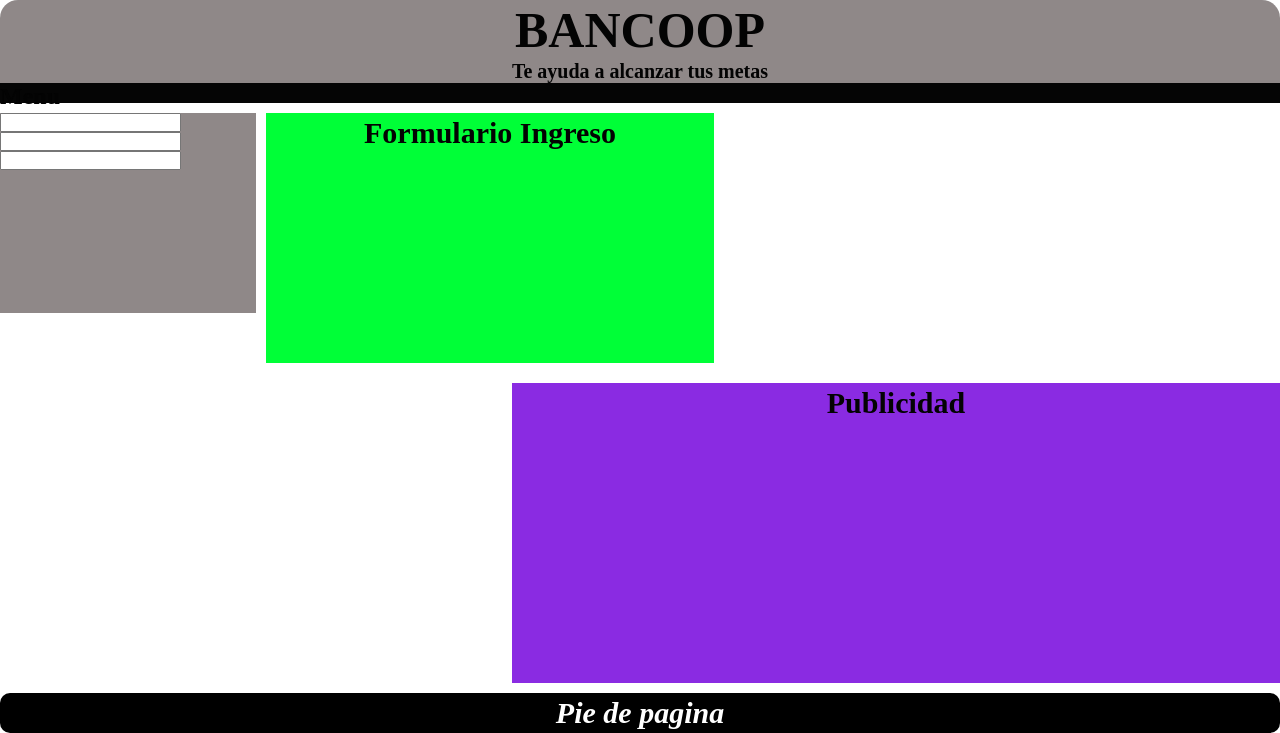
Repository: NickArregoces/BANCOOP
Page: Index.html
An editor plug-in stored every save of this project. The page is shown before and after the next save, followed by the edit.
The browser window is 1280 px wide. The pictures show the whole page.

Above is the page before, as saved 2021-09-29 15:53:38.

### Index.html
<!DOCTYPE html>
<html lang="en">
<head>
    <meta charset="UTF-8">
    <meta http-equiv="X-UA-Compatible" content="IE=edge">
    <meta name="viewport" content="width=device-width, initial-scale=1.0">
    <title>BANCOOP Home</title>
    <link rel="stylesheet" href="/CSS/Style.css">
</head>
<body>
    <div id="contenido">
        <header>
            <h1>BANCOOP</h1>
            <h3>Te ayuda a alcanzar tus metas</h3>
        </header>
        <nav>
            <h2>Menu</h2>
        </nav>

        <div id="section">
            <form class="Formulario">
                <input type="text" name="Cuenta">
                <input type="text" name="Tipo">
                <input type="password" name="clave">
            </form>

                <section  id="Contenido">
                    <article>
                        <h2>Formulario Ingreso</h2>
                    </article>
                        </section>

                            <aside>
                                <h2>Publicidad</h2>
                            </aside>

                                <footer>
                                    <h2>Pie de pagina</h2>
                                </footer>
        </div>

    </div>


</body>
</html>

### CSS/Style.css

*{
    margin: 0px;
    padding: 0px;
}
body{
    background: rgb(255, 255, 255);
    color: rgb(3, 3, 3);
}
header{
    width: 100%;
    margin: auto;
    background: rgb(143, 136, 136);
    border-top-left-radius:  18px;
    border-top-right-radius:  18px;
    overflow: hidden;
}
    header h1{
        font-size: 50px;
        text-align: center;
        line-height: 60px;

    }
    header h3{
        font-size: 20px;
        text-align: center;

}
nav{
    background: rgb(5, 5, 5);
    height: 20px;
}
main{
    background: rgb(255, 187, 0);
    height: 60px;
}
    main h2{
        font-size: 30px;
        text-align: center;
        line-height: 60px;
}
form{
    background: rgb(143, 136, 136);
    float: left;
    width: 20%;
    height: 200px;
    margin-top: 10px;
    margin-right:10px;
    margin-bottom: 10px;
}
article {
    width: 35%;
    height: 250px;
    float: left;
    background: rgb(0, 255, 55);
    margin-top: 10px;
    margin-right:10px;
    margin-bottom: 10px;
}
article h2{
    font-size: 30px;
    text-align: center;
    line-height: 40px;

}
aside{
    width: 60%;
    height: 300px;
    background: blueviolet;
    margin-top: 10px;
    float: right;
    margin-bottom: 10px;
}
aside h2{
    font-size: 30px;
    text-align: center;
    line-height: 40px;
}
footer{
    background: black;
    clear: both;
    border-radius: 10px;
}
footer h2{
    font-size: 30px;
    text-align: center;
    line-height: 40px;
    color: white;
    font-style:italic;

}

After the next save:
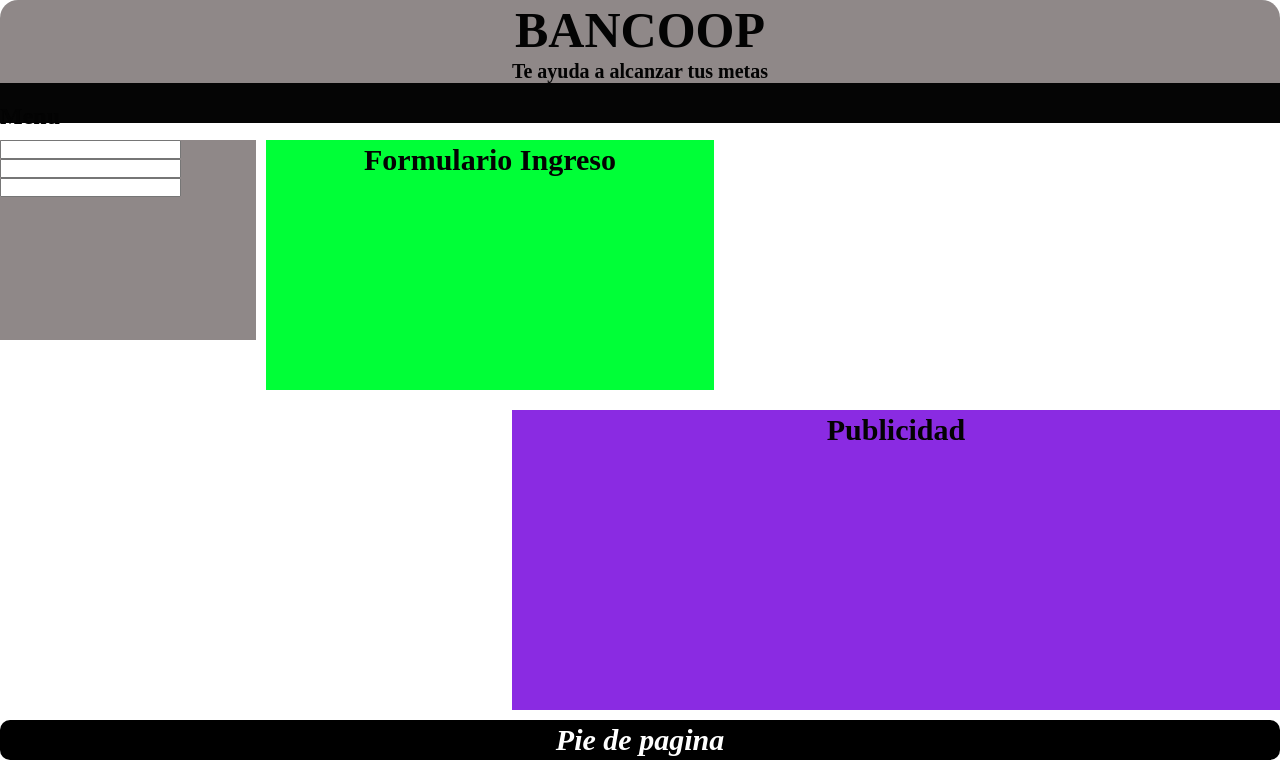
Saved 47 s later.
--- a/Index.html
+++ b/Index.html
@@ -13,11 +13,14 @@
             <h1>BANCOOP</h1>
             <h3>Te ayuda a alcanzar tus metas</h3>
         </header>
-        <nav>
+        <nav class="barra">
+
+        </nav>
+        <nav class="Menu">
             <h2>Menu</h2>
-        </nav>
+        </main>
 
-        <div id="section">
+        <div id="form">
             <form class="Formulario">
                 <input type="text" name="Cuenta">
                 <input type="text" name="Tipo">
@@ -37,8 +40,8 @@
                                 <footer>
                                     <h2>Pie de pagina</h2>
                                 </footer>
+
         </div>
-
     </div>
 
 
